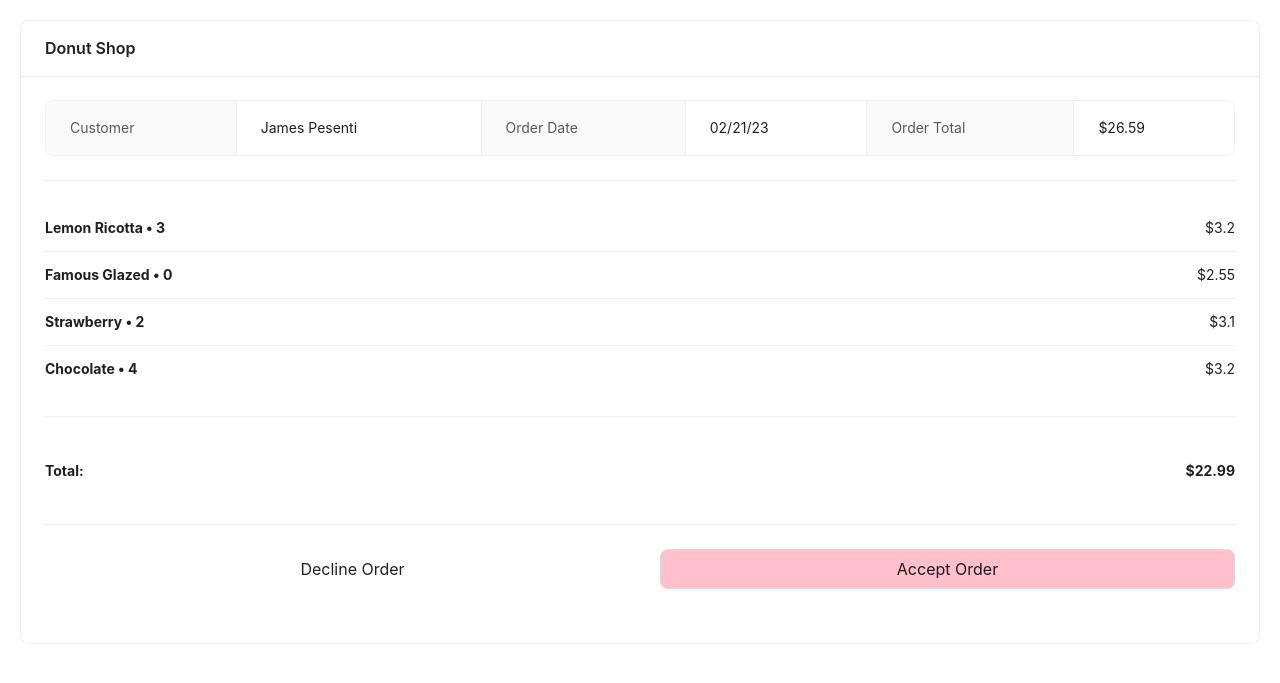
Repository: JamesPesenti/DonutShopDashboard
Page: /menu
The author's editor kept a copy of each file at every save. The page is drawn from the files as they stood at one save, then again after the next save.
The browser window is 1280 px wide. The pictures show the whole page.
The project was rebuilt for these pictures with package versions that can differ from the ones it lists, and the page was loaded fresh each time.

Above is the page before, as saved 2023-03-22 14:46:20.

### src/App.js
import DetailedOrder from "./screens/DetailedOrder";

function App() {
  return (
    <>
      <DetailedOrder />
    </>
  );
}

export default App;

### src/screens/DetailedOrder.jsx
import { Card, Descriptions, Divider, List, Button } from "antd"
import donuts from "../data/donuts"


const DetailedOrder = () => {
  return (
    <>
    <Card style={{ margin: 20 }} title={"Donut Shop"}>
      <Descriptions bordered column={{lg: 1, md: 1, sm: 1}}>
        <Descriptions.Item label="Customer">
          James Pesenti
        </Descriptions.Item>
        <Descriptions.Item label="Order Date">
          02/21/23
        </Descriptions.Item>
        <Descriptions.Item label="Order Total">
          $26.59
        </Descriptions.Item>
      </Descriptions>
      <Divider />
      <List
        dataSource={donuts}
        renderItem={(donutItem) => (
          <List.Item>
            <div style={{fontWeight: "bold"}}>{donutItem.flavor}   &#8226; {donutItem.quantity}</div>
            <div>${donutItem.price}</div>
          </List.Item>
        )}
      />
      <Divider />
      <div style={styles.totalContainer}>
        <h4>Total:</h4>
        <h4 style={styles.price}>$22.99</h4>
      </div>
      <Divider />
      <div style={styles.buttonsContainer}>
        <Button style={styles.button} block type="danger" size="large">
          Decline Order
        </Button>
        <Button style={{backgroundColor: "pink"}} block size="large">
          Accept Order
        </Button>
      </div>
    </Card>
  </>
  )
}

export default DetailedOrder

const styles = {
    totalContainer: {
      display: "flex",
      flexDirection: "row",
    },
    price: {
      marginLeft: "auto",
    },
    buttonsContainer: {
      display: "flex",
      flexDirection: "row",
      marginHorizontal: 50,
      paddingBottom: 30
    },
    button: {
      marginRight: 20,
      marginLeft: 20
    }
  }

### src/data/donuts.js
export default [
    {
        flavor: "Lemon Ricotta",
        image: "https://t3.ftcdn.net/jpg/04/90/71/94/240_F_490719448_y4LhTnor5VL2gk9DYhwIw3ZRcZQ1beeD.jpg",
        price: 3.20,
        avgRating: 4.8,
        calories: 190,
        quantity: 3,
        descriptiion: "Made with fresh ricotta and lemon zest",
    },
    {
        flavor: "Famous Glazed",
        image: "https://t3.ftcdn.net/jpg/00/70/16/96/240_F_70169698_gr2Xm6hqPIFLC2kAsjOVRATbBLVDZLn5.jpg",
        price: 2.55,
        avgRating: 4.7,
        calories: 242,
        quantity: 0,
        descriptiion: "Our famous, made fresh everyday glazed",
    },
    {
        flavor: "Strawberry",
        image: "https://t3.ftcdn.net/jpg/00/20/33/94/240_F_20339434_0DNEcWb7vTsrpw1g2tSHmrFc3Fh5G9C6.jpg",
        price: 3.10,
        avgRating: 4.6,
        calories: 189,
        quantity: 2,
        descriptiion: "Made with organic strawberries from florida",
    },
    {
        flavor: "Chocolate",
        image: "https://t3.ftcdn.net/jpg/02/54/64/44/240_F_254644452_0dCYufJiJP5Aw3LxX8x0hzlicqYsb5HR.jpg",
        price: 3.20,
        avgRating: 4.7,
        calories: 297,
        quantity: 4,
        descriptiion: "Tastes like a slice of chocolate cake!",
    },
]

Loaded but not shown: public/index.html (common file); src/index.js (common file); src/index.css (common file)

After the next save:
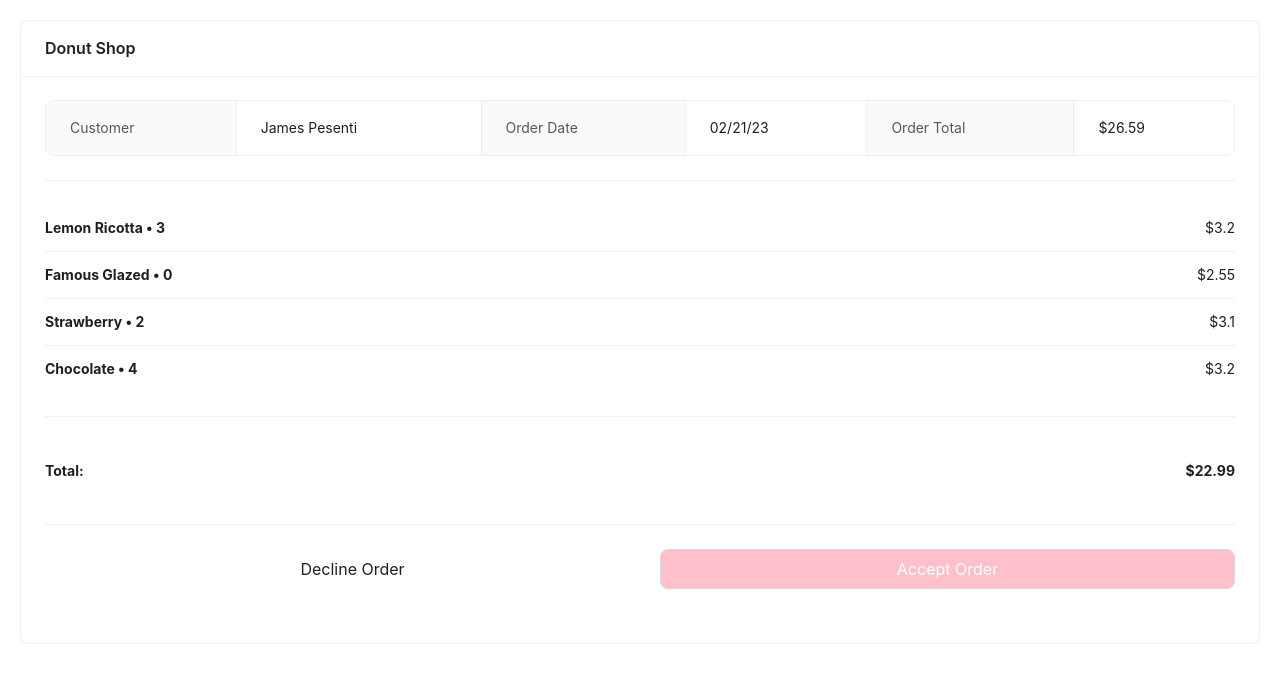
Saved 1 s later.
--- a/src/screens/DetailedOrder.jsx
+++ b/src/screens/DetailedOrder.jsx
@@ -37,7 +37,7 @@ const DetailedOrder = () => {
         <Button style={styles.button} block type="danger" size="large">
           Decline Order
         </Button>
-        <Button style={{backgroundColor: "pink"}} block size="large">
+        <Button style={{backgroundColor: "pink", color: "white"}} block size="large">
           Accept Order
         </Button>
       </div>
